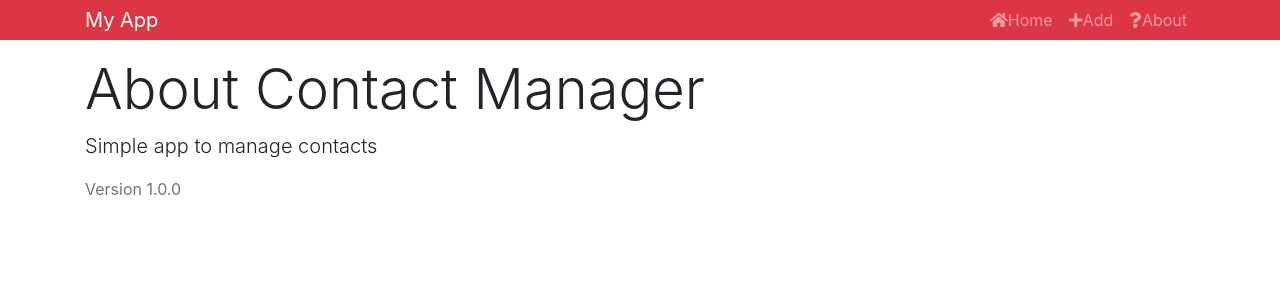
Repository: Mtbwka/contactmanager
Page: /about
The author's editor kept a copy of each file at every save. The page is drawn from the files as they stood at one save, then again after the next save.
The browser window is 1280 px wide. The pictures show the whole page.
Some web libraries are served in a nearby version. The project was rebuilt for these pictures with package versions that can differ from the ones it lists, and the page was loaded fresh each time. Also part of the build but not shown: src/components/contacts/Contact.js, src/components/contacts/Contacts.js, src/components/layout/TextInputGroup.js, src/components/contacts/AddContact.js.

Above is the page before, as saved 2019-05-08 21:51:52.

After the next save:
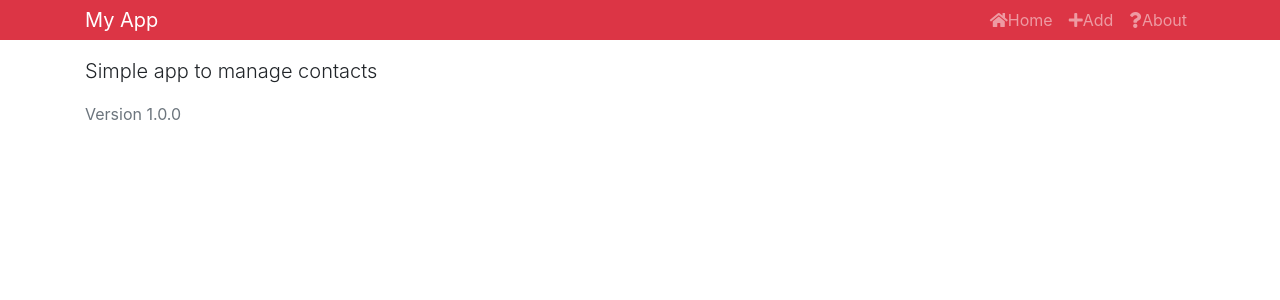
Saved 2 min 36 s later.
--- a/src/components/pages/About.js
+++ b/src/components/pages/About.js
@@ -1,13 +1,11 @@
 import React from 'react';
 
-const About = () => {
+export default props => {
   return (
     <div>
-      <h1 className='display-4'>About Contact Manager</h1>
+      <h1 className='display-4'>{props.match.params.id}</h1>
       <p className='lead'>Simple app to manage contacts</p>
       <p className='text-secondary'>Version 1.0.0</p>
     </div>
   );
 };
-
-export default About;
